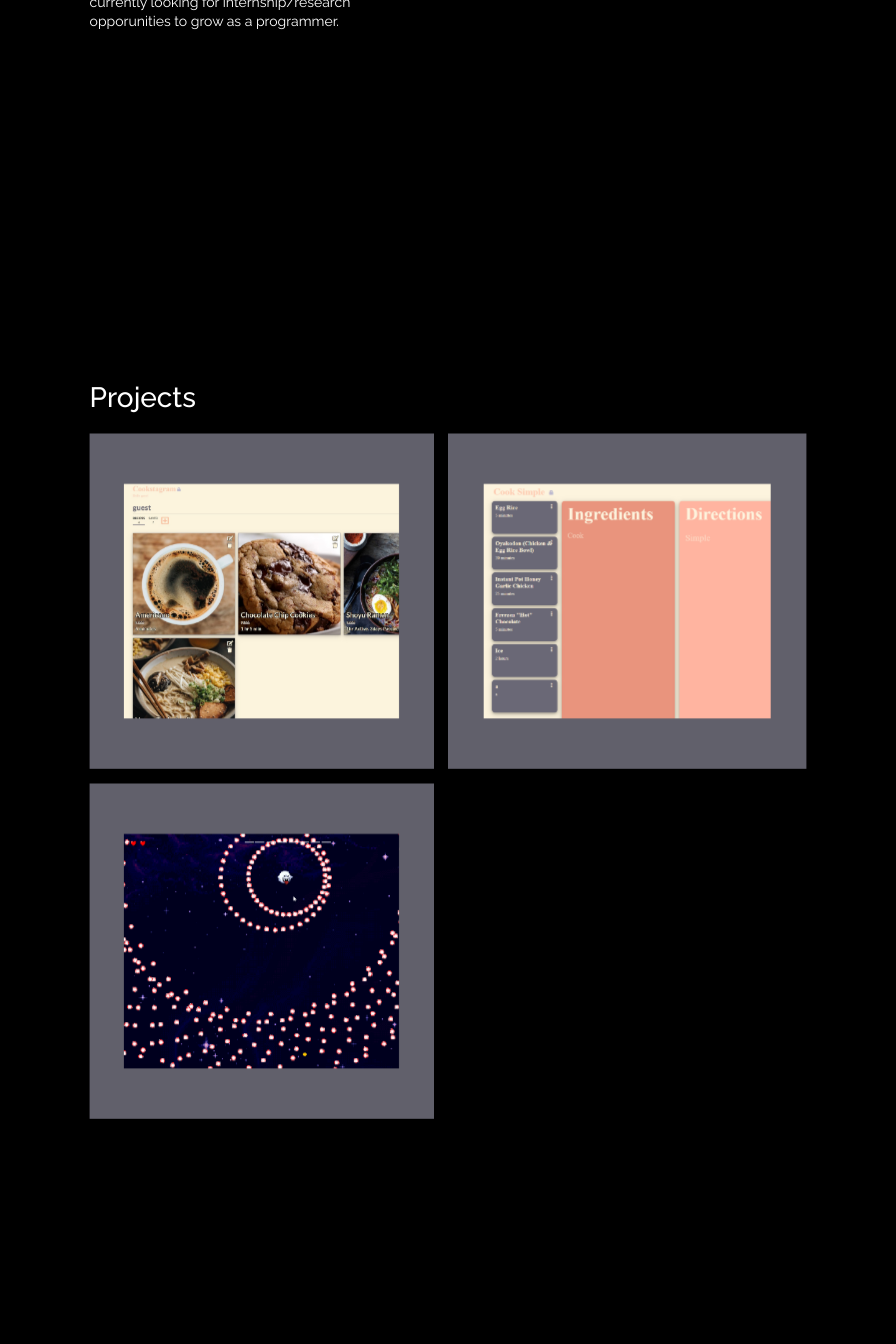
Repository: oqueuo/personal-site
Page: index.html
These files come from the project's save history. The page is drawn as it stood at one moment and after the next save; the edit follows.
The browser window is 1280 px wide. The pictures show the part of the page from y = 665 to 2585 px (the page is 2585 px tall before and 1585 px after), at 70% of full size.

Above is the page before, as saved 2020-09-21 18:29:52.

### index.html
<!-- Accountability, Balance, Trustworthiness -->
<!DOCTYPE html>
<html lang="en">
  <head>
    <title>Seong Kim</title>
    <meta charset="UTF-8">
    <meta name="viewport" content="width=device-width, initial-scale=1.0">

    <script src="https://ajax.googleapis.com/ajax/libs/jquery/3.5.1/jquery.min.js"></script>
    <script src="https://maxcdn.bootstrapcdn.com/bootstrap/3.4.1/js/bootstrap.min.js"></script>
    <link rel="stylesheet" href="https://maxcdn.bootstrapcdn.com/bootstrap/3.4.1/css/bootstrap.min.css">
    <link rel="stylesheet" href="styles.css">
    <script src="scripts.js"></script>
  </head>

  <body>
    <main>
      <header>
        <h1 id="navbar-brand"><a href="index.html" class="navbar-brand">KeunSeongK |</a></h1>
        <a id="email" href = "mailto: abc@example.com">keunseongk@gmail.com</a>
        <ul>
          <li><span id="pulldown-btn" class="glyphicon glyphicon-align-justify"></span>
            <ul id="nav-pulldown">
              <li class="navbar-item"><a class="nav-link" href=#about></a></li>
              <li class="navbar-item" style="padding-right:100px;"><a class="nav-link" href="resume.html">Resume</a></li>
              <li class="navbar-item"><a class="nav-link" href="https://github.com/oqueuo">GitHub</a></li>
              <li class="navbar-item"><a class="nav-link" href="https://www.linkedin.com/in/seong-kim-a0a989160/">LinkedIn</a></li>
            </ul>
          </li>
        </ul>

      </header>
      <section id="horizontal-line"></section>
        <hr>
      </section>
      <!-- About me -->
      <section id="about">

        <div id="about-text">
          <h1>Seong Kim</h1>
          <h2>Northwestern University<br>B.S. Computer Science</h2>
          <p>I am a sophomore at Northwestern University pursuing
            a B.S. in Computer Science. I recently switched from mechanical engineering
            because I really enjoy programming. For the last 2 months since switching,
            I have been working on projects such as an algorithmic trading bot and a
            bullet hell video game. I am currently looking for internship/research
            opporunities to grow as a programmer.
          </p>
        </div>
      </section>

      <h1 id="projects-header">Projects</h1>

      <!-- Projects: Filled in with JS template -->
      <section id="projects">
      </section>

    </main>
  </body>
  <script>
    render_projects(projects, "#projects");
  </script>
</html>

### styles.css
@import url('https://fonts.googleapis.com/css2?family=Raleway:ital,wght@0,100;0,200;0,300;0,400;0,500;0,600;0,700;0,800;0,900;1,100;1,200;1,300;1,400;1,500;1,600;1,700;1,800;1,900&display=swap');
/* Global styles
------------------------------------*/
* {
    /* Remove Chrome default margins */
    margin: 0 !important;
    font-family: 'Raleway', sans-serif;
}
body {
    background: black;
    display: flex;
    justify-content: center;
}
main {
    position: relative;
    width: 80vw;
    display: block;
    /* background: saddlebrown; */
    margin-left: auto;
    margin-right: auto;
}


/* NAVBAR */
header {
    color: white;
    padding-top: 10px;
    position: relative;
    width: inherit;
}
header>a {
    position: absolute;
    font-size: 25px;
    left: 260px;
    top: 25px;
}
header ul {
    position: absolute;
    top: 25px;
    right: 0px;
}
#navbar-brand {

}
.navbar-brand {
    text-decoration: none;
    font-size: 40px !important;
    color: white;
    font-family: Cambria, Cochin, Georgia, Times, 'Times New Roman', serif !important;
}

.navbar-item {
    display: inline;
    font-size: 25px;
    padding-right: 15px;
}
ul a, #email, .more-info-on-github {
    text-decoration: none;
    color: rgb(153, 140, 218);
}

ul a:hover, #email:hover, .more-info-on-github:hover {
    opacity: 0.8;
}
ul a:active, #email:active, .more-info-on-github:active {
    opacity: 0.7;
}
#horizontal-line {
    width: 100vw;
    left: 0;
}


/* ABOUT */
#about {
    color: white;
    margin-top: 200px !important;
    /* background: royalblue; */
}
#about-text h1 {
    font-family: 'Raleway', sans-serif;
    font-size: 80px;
}
#about-text h2 {
    margin-top: 30px !important;
}
#about p {
    margin-top: 30px !important;
    max-width: 30vw;
    font-size: 20px;
}


/* Projects */

#projects-header {
    font-size: 40px;
    color: white;
    margin-top: 500px !important;
    margin-bottom: 30px !important;
}
#projects {
    display: flex;
    flex-wrap: wrap;
    padding: 0;
    width: 100%;
    margin-bottom: 300px !important;
}
.project-card-container {
    box-sizing: border-box;
    width: 50%;
    height: 500px;
    padding-right: 2%;
    padding-bottom: 2%;
}
.project-card-container:nth-child(2n) {
    padding-right: 0;
}
.project-card-gray {
    background-color: rgb(97, 96, 107);
    height: 100%;
    width: 100%;
    position: relative;
}
.project-card-content {
    position: absolute;
    left: 10%;
    top: 15%;

    width: 80%;
    height: 70%;
    position: absolute;
    background-size: cover;
    transition: .5s ease;
    backface-visibility: hidden;
}

.project-overlay {
    color: white;
    font-size: 20px;

    transition: .5s ease;
    opacity: 0;
    position: absolute;
    top: 45%;
    left: 50%;
    transform: translate(-50%, -50%);
    -ms-transform: translate(-50%, -50%);
}
.project-card-container:hover .project-card-content {
    opacity: 0.12;
}

.project-card-container:hover .project-overlay {
    opacity: 1;
}


/* Resume */
.resume {
    margin-top: 200px !important;
    background-image: url(backgrounds/resume330.png);
    height: 1000px;
    width: 63%;
}

.three-vertical-dots {
    color: white;
}

@media (max-width: 1300px) {
    /* Recipe pulldown */
    header ul {
        list-style: none;
        z-index: 5;
    }
    span.three-vertical-dots {
        /* Put the three dots on top right corner of recipe card */
        position: absolute;
        top: 10px;
        right: 10px;
    }
    .three-vertical-dots li:active {
        color: rgb(255, 239, 218);
    }
    #pulldown-btn {
        cursor: pointer;
        font-size: 20px;
    }
    ul #nav-pulldown {
        display: none;
        background-color: rgb(253, 244, 222);
        border: 1px solid #333;
        border-radius: 4px;
        width: 90px;
        padding: 5px;
        position: absolute;
        top: 30px;
        right: 10px;
        text-align: end;
    }
    ul #nav-pulldown li {
        color: #333;
        display: block;
        block-size: auto;
    }
    header>ul>li:hover #nav-pulldown {
        display: block;
    }
    ul #nav-pulldown a {
        color: rgb(76, 74, 83);
        font-size: 15px;
    }
}

### scripts.js
var projects = [
    {
        title: "Cookstagram",
        description: "",
        cover: "backgrounds/cookstagram.jpg",
        link: "https://cookstagram.recipes",
        github: "https://github.com/oqueuo/Cookstagram"
    },
    {
        title: "Cook Simple",
        description: "A minimalist recipe storage app for computers and mobile devices.",
        cover: "backgrounds/cook-simple.png",
        link: "https://cooksimple.life",
        github: "https://github.com/oqueuo/cook_simple"
    },
    {
        title: "Boollet Hell",
        description: "A Bullet Hell shooter game. Inspired by popular bullet hell shooters from Japan",
        cover: "backgrounds/boollet-hell.png",
        link: "n/a",
        github: "n/a"
    }
]
function try_out_the_website(project) {
    if (project.link != "n/a") {
        return `
        To try it out, <a href="${project.link}">Click here</a>
        `
    }
}

let more_info_on_my_github = "More info on <a class='more-info-on-github' href='https://github.com/oqueuo'>GitHub</a>"


function render_projects(projects, projects_id) {
    let project_case = document.querySelector(projects_id);
    if (project_case) {
        if (projects instanceof Array) {
            for (let project of projects) {
                let template = `
                <div class="project-card-content" style="background-image: url(${project.cover});"></div>
                <div class="project-overlay">
                    ${project.description}<br><br>
                    <a href="${project.link}">Click here</a> to try it out! <br><br>
                    ${more_info_on_my_github}
                </div>`;

                let project_card_container = document.createElement("div");
                project_card_container.className = "project-card-container";
                project_card_container.innerHTML = `
                <div class="project-card-gray">
                    ${template}
                </div>
                `
                project_case.append(project_card_container);
            }
        }
    }
}

const show_project_info = (el) => {

}

After the next save:
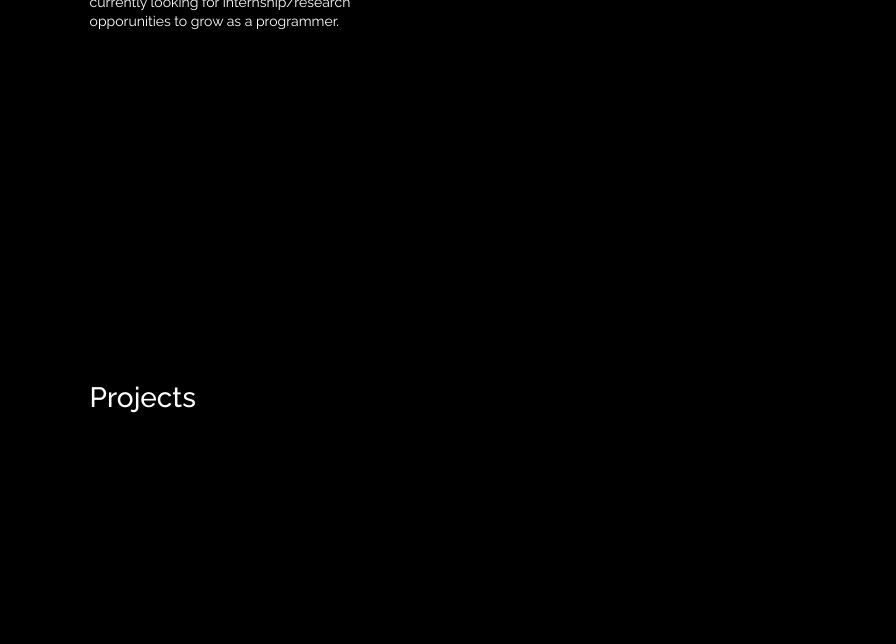
Console error: SyntaxError: Identifier 'more_info_on_my_github' has already been declared
Saved 15 s later.
--- a/scripts.js
+++ b/scripts.js
@@ -30,7 +30,13 @@
 }
 
 let more_info_on_my_github = "More info on <a class='more-info-on-github' href='https://github.com/oqueuo'>GitHub</a>"
-
+function more_info_on_my_github(project) {
+    if (project.github != "n/a") {
+        return `
+        To try it out, <a href="${project.link}">Click here</a>
+        `
+    }
+}
 
 function render_projects(projects, projects_id) {
     let project_case = document.querySelector(projects_id);

After the save that followed:
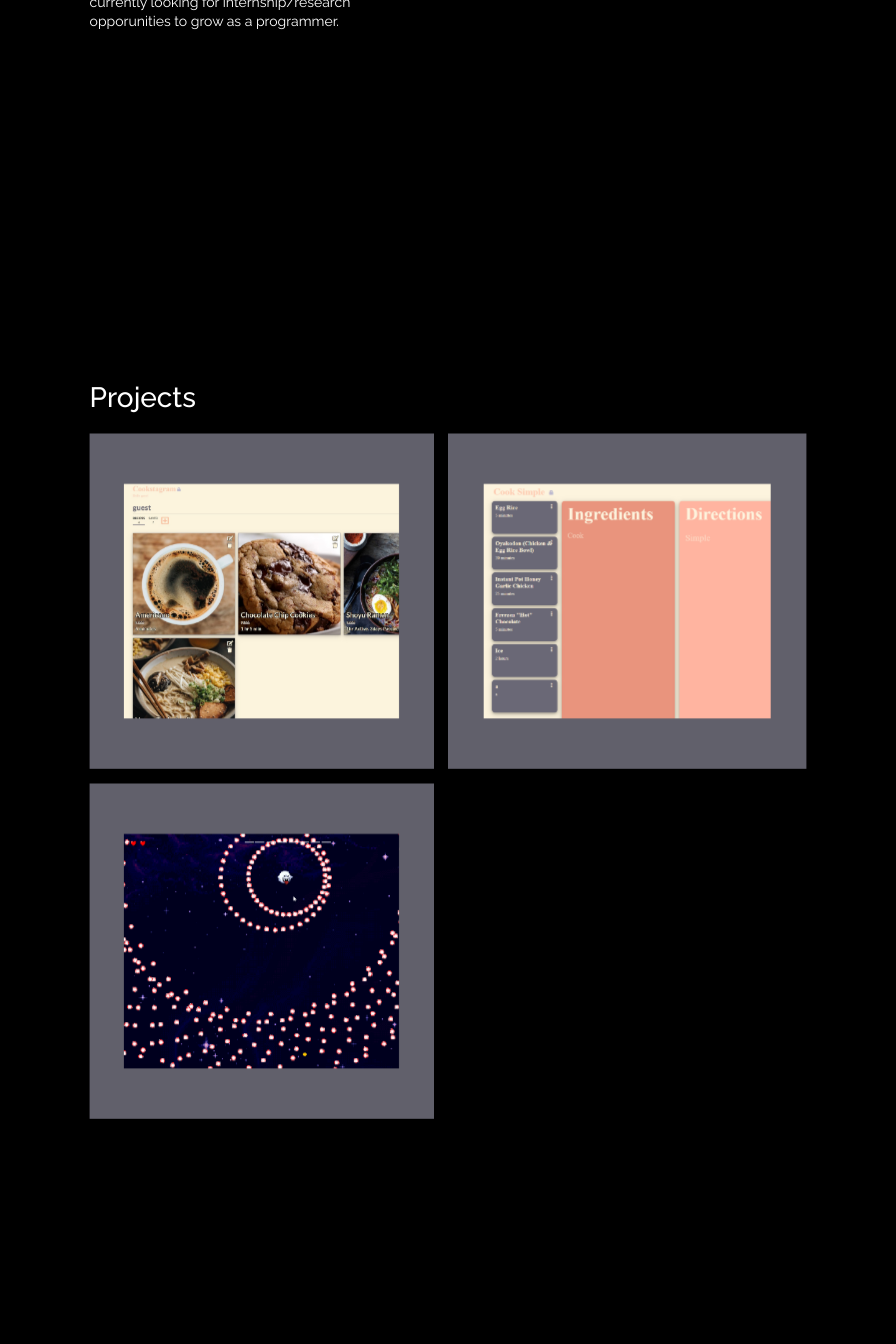
The error is gone.
Saved 51 s later.
--- a/scripts.js
+++ b/scripts.js
@@ -29,11 +29,10 @@
     }
 }
 
-let more_info_on_my_github = "More info on <a class='more-info-on-github' href='https://github.com/oqueuo'>GitHub</a>"
 function more_info_on_my_github(project) {
     if (project.github != "n/a") {
         return `
-        To try it out, <a href="${project.link}">Click here</a>
+        See code on <a href="${project.github}">GitHub</a>
         `
     }
 }
